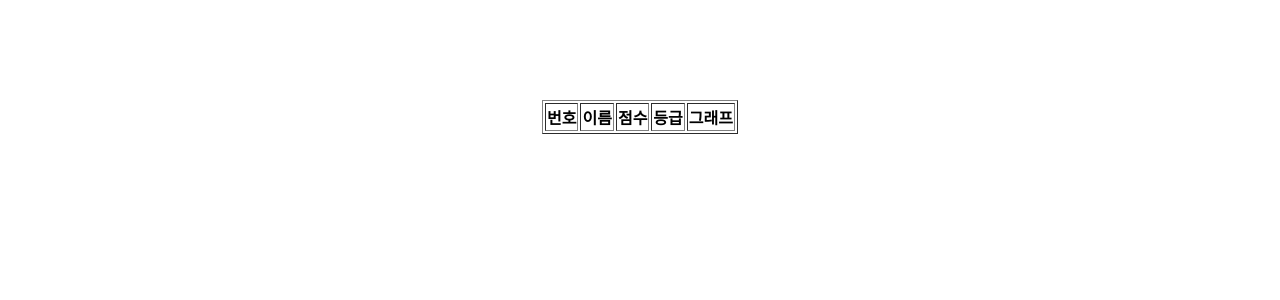
Repository: kkw3202/Jsp2026
Page: http://localhost/chapter01/example_score.jsp
An editor plug-in stored every save of this project. The page is shown before and after the next save, followed by the edit.
The browser window is 1280 px wide. The pictures show the whole page.
The page is served by Tomcat 9.

Above is the page before, as saved 2026-10-16 04:13:38.

### chapter01/src/main/webapp/example_score.jsp
<%@ page language="java" contentType="text/html; charset=UTF-8"
    pageEncoding="UTF-8" import="java.util.*"%>
<!DOCTYPE html>
<html>
<head>
<meta charset="UTF-8">
<title>Insert title here</title>
<style type="text/css">
	table{
		margin: 100px auto;
	}
</style>
</head>
<body>
	<%!
	String[] names = {"김철수", "이영희", "박민수", "최지우", "정다은"};
	int[] scores = {92, 78, 55, 85, 67};
	%>
	<table border="1px">
		<thead>
			<tr>
				<th>번호</th>
				<th>이름</th>
				<th>점수</th>
				<th>등급</th>
				<th>그래프</th>
			</tr>
		</thead>
	</table>
</body>
</html>

After the next save:
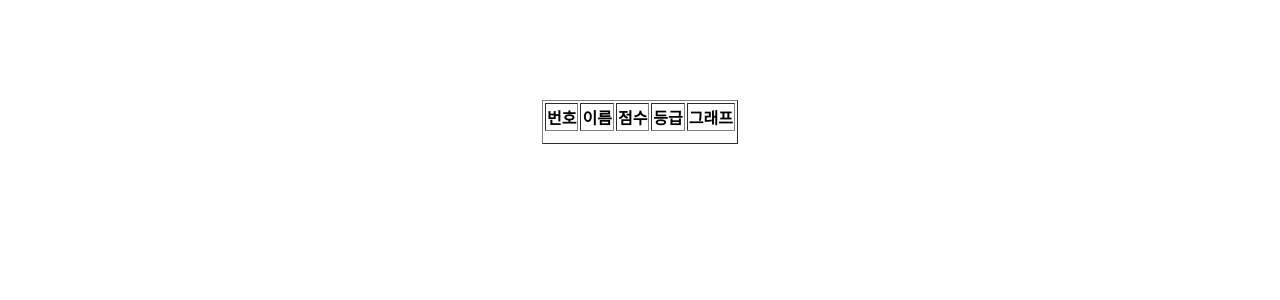
Saved 4 min 20 s later.
--- a/chapter01/src/main/webapp/example_score.jsp
+++ b/chapter01/src/main/webapp/example_score.jsp
@@ -26,6 +26,17 @@
 				<th>그래프</th>
 			</tr>
 		</thead>
+		<tbody>
+			<%
+			for(int i = 0; i<names.length; i++){
+				out.print("<tr>");
+				for(int j = 0; j<5; j++){
+
+				}
+				out.print("</tr>");
+			}
+			%>
+		</tbody>
 	</table>
 </body>
 </html>
